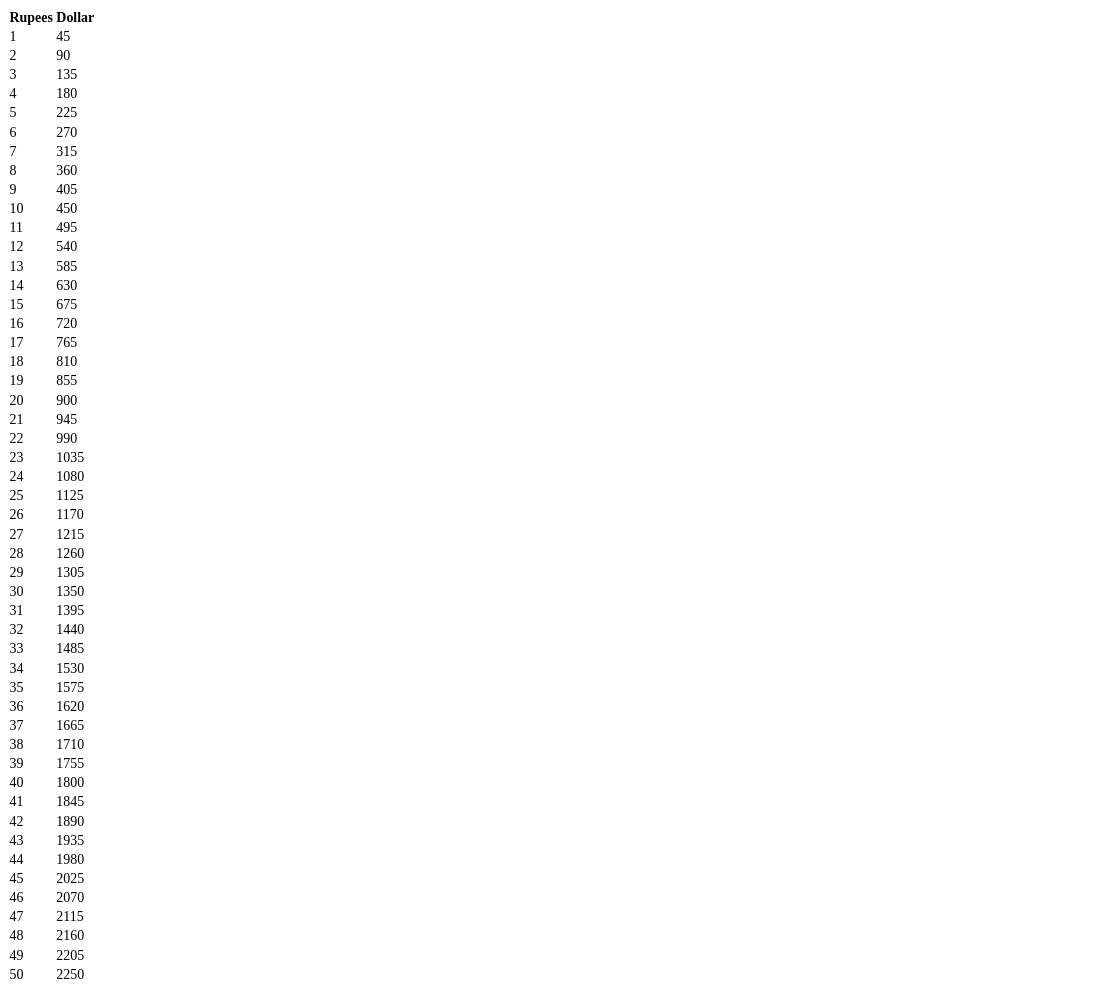
Repository: Amrinshaik/Day10
Page: http://localhost/HelloWorld/currencyconverter
These files come from the project's save history. The page is drawn as it stood at one moment and after the next save; the edit follows.
The browser window is 1280 px wide. The pictures show the whole page, at 87% of full size.
The page is served by Tomcat 9. Other server files are loaded and not shown.

Above is the page before, as saved 2018-09-06 05:13:38.

### HelloWorld/src/com/capgemini/controller/CurrencyConverterServlet.java
package com.capgemini.controller;

import java.io.IOException;
import java.io.PrintWriter;

import javax.servlet.ServletException;
import javax.servlet.annotation.WebServlet;
import javax.servlet.http.HttpServlet;
import javax.servlet.http.HttpServletRequest;
import javax.servlet.http.HttpServletResponse;

@WebServlet("/currencyconverter")
public class CurrencyConverterServlet extends HttpServlet {
	private static final long serialVersionUID = 1L;

    public CurrencyConverterServlet() {
        super();

    }

	protected void doGet(HttpServletRequest request, HttpServletResponse response) throws ServletException, IOException {
	response.setContentType("text/html");
	PrintWriter out=response.getWriter();

	out.println("<table><tr><th>Rupees</th><th>Dollar</th>");
	for(int i=1;i<=50;i++) {
		out.println("<tr><td>"+i+"</td><td>"+i*45+"</td></tr>");

	}
	out.println("</table>");
	out.close();
	}
}

After the next save:
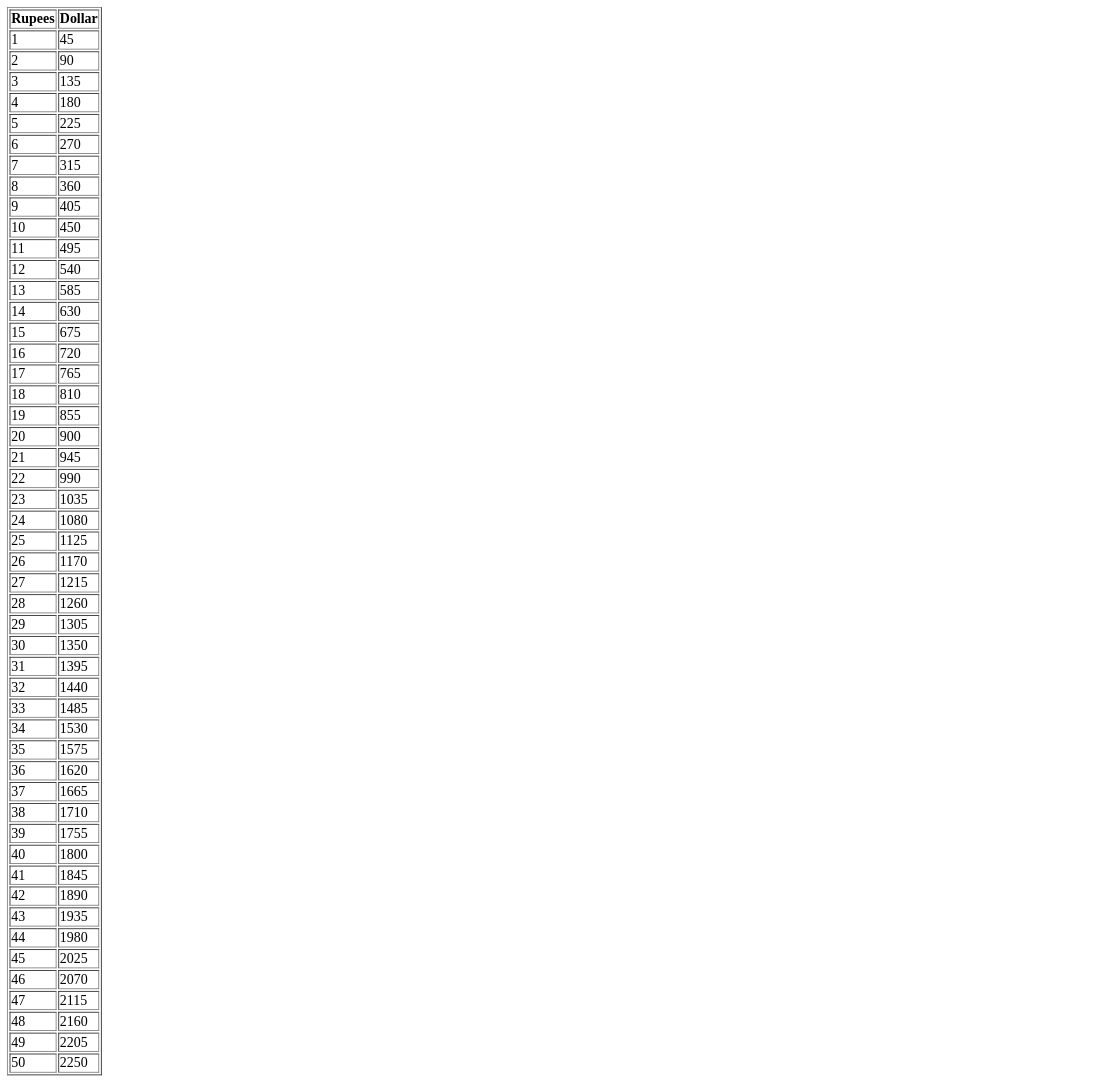
Saved 60 s later.
--- a/HelloWorld/src/com/capgemini/controller/CurrencyConverterServlet.java
+++ b/HelloWorld/src/com/capgemini/controller/CurrencyConverterServlet.java
@@ -22,7 +22,7 @@ public class CurrencyConverterServlet extends HttpServlet {
 	response.setContentType("text/html");
 	PrintWriter out=response.getWriter();
 
-	out.println("<table><tr><th>Rupees</th><th>Dollar</th>");
+	out.println("<table border='1'><tr><th>Rupees</th><th>Dollar</th>");
 	for(int i=1;i<=50;i++) {
 		out.println("<tr><td>"+i+"</td><td>"+i*45+"</td></tr>");
 
